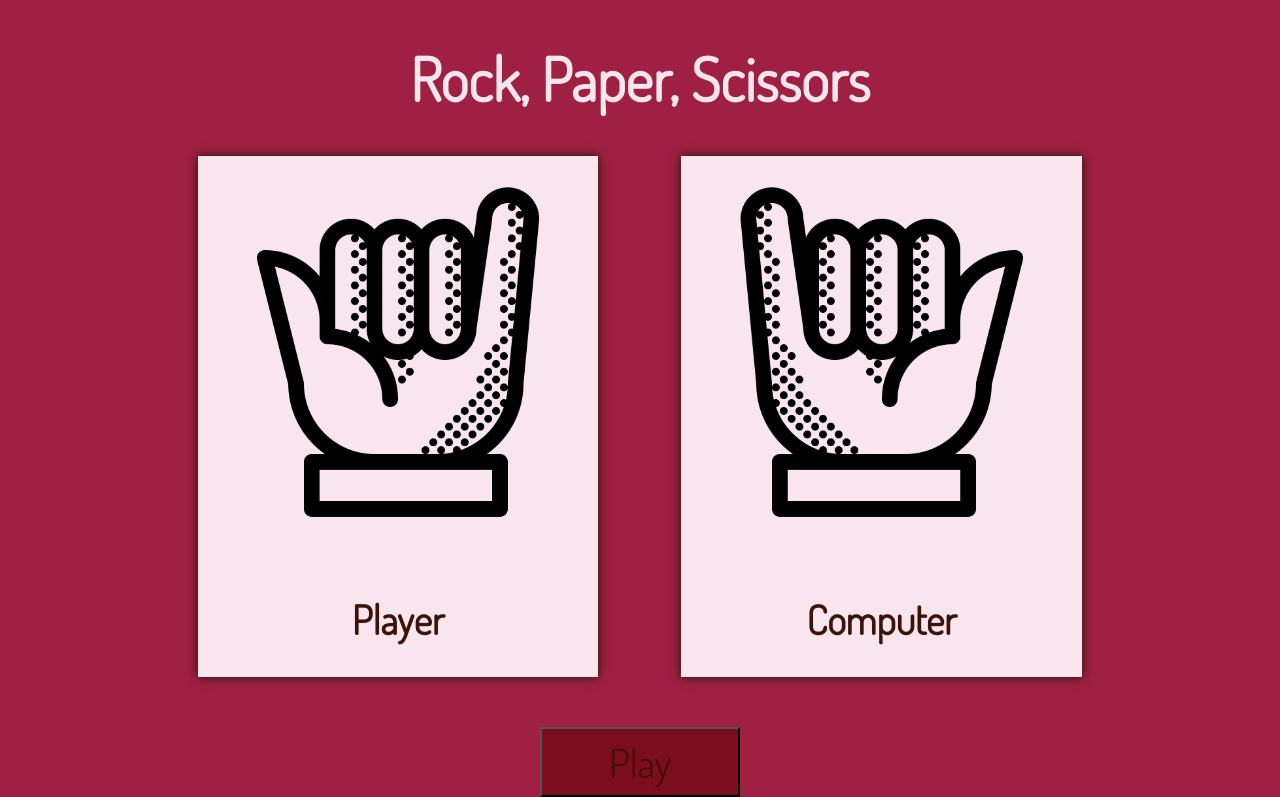
Repository: shayanabedi98/rock-paper-scissors
Page: index.html
An editor plug-in stored every save of this project. The page is shown before and after the next save, followed by the edit.
The browser window is 1280 px wide. The pictures show the whole page.

Above is the page before, as saved 2023-07-13 19:46:09.

### index.html
<!DOCTYPE html>
<html lang="en">
<head>
    <meta charset="UTF-8">
    <meta name="viewport" content="width=device-width, initial-scale=1.0">
    <title>Rock, Paper, Scissors</title>
    <link rel="preconnect" href="https://fonts.googleapis.com">
    <link rel="preconnect" href="https://fonts.gstatic.com" crossorigin>
    <link href="https://fonts.googleapis.com/css2?family=Dosis:wght@300&display=swap" rel="stylesheet">
    <link rel="stylesheet" href="styles.css">
</head>
<body>
    <div class="header">
        <h1>Rock, Paper, Scissors</h1>
    </div>
    <div class="container">
        <div class="card">
            <div class="player1">
                <img src="resources/startleft.png" alt="Starting image before game">
                <h2>Player</h2>
            </div>
        </div>
        <div class="card">
            <div class="computer">
                <img src="resources/start.png" alt="Starting image before game">
                <h2>Computer</h2>
            </div>
        </div>
    </div>
    <div class="button-container">
        <button id="btn">Play</button>
    </div>
    <style src="index.js"></style>
</body>
</html>

### styles.css
body {
    font-family:'Dosis', sans-serif;
    margin: 0;
    padding: 0;
    background-color: #9F2042;
    color: #F8E5EE;
}

h1 {
    font-size: 60px;
}

.header {
    text-align: center;
}

.container {
    text-align: center;
    display: block;
}

.card {
    display: inline-block;
    background-color: #F8E5EE;
    box-shadow: 0 0 10px 0 #211103;
    margin: 0 40px;
}

.card img {
    height: 400px;
}

.card h2 {
    font-size: 40px;
    color: #3D1308;
}

.button-container {
    text-align: center;
    margin-top: 50px;
}

#btn {
    font-size: 40px;
    font-family: 'Dosis', sans-serif;
    background-color: #7B0D1E;
    color: #3D1308;
    width: 200px;
    height: 70px;
    cursor: pointer;
}

After the next save:
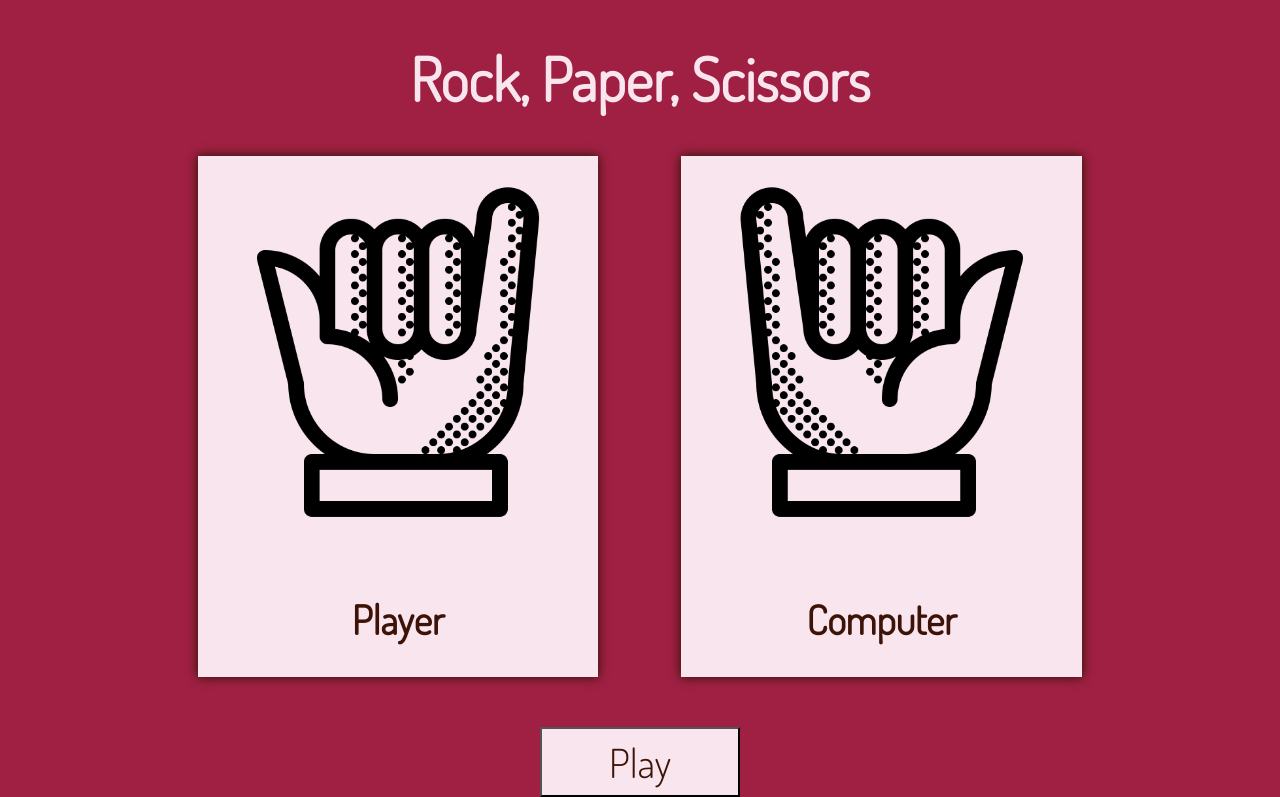
Saved 15 s later.
--- a/styles.css
+++ b/styles.css
@@ -43,7 +43,7 @@ h1 {
 #btn {
     font-size: 40px;
     font-family: 'Dosis', sans-serif;
-    background-color: #7B0D1E;
+    background-color: #F8E5EE;
     color: #3D1308;
     width: 200px;
     height: 70px;
